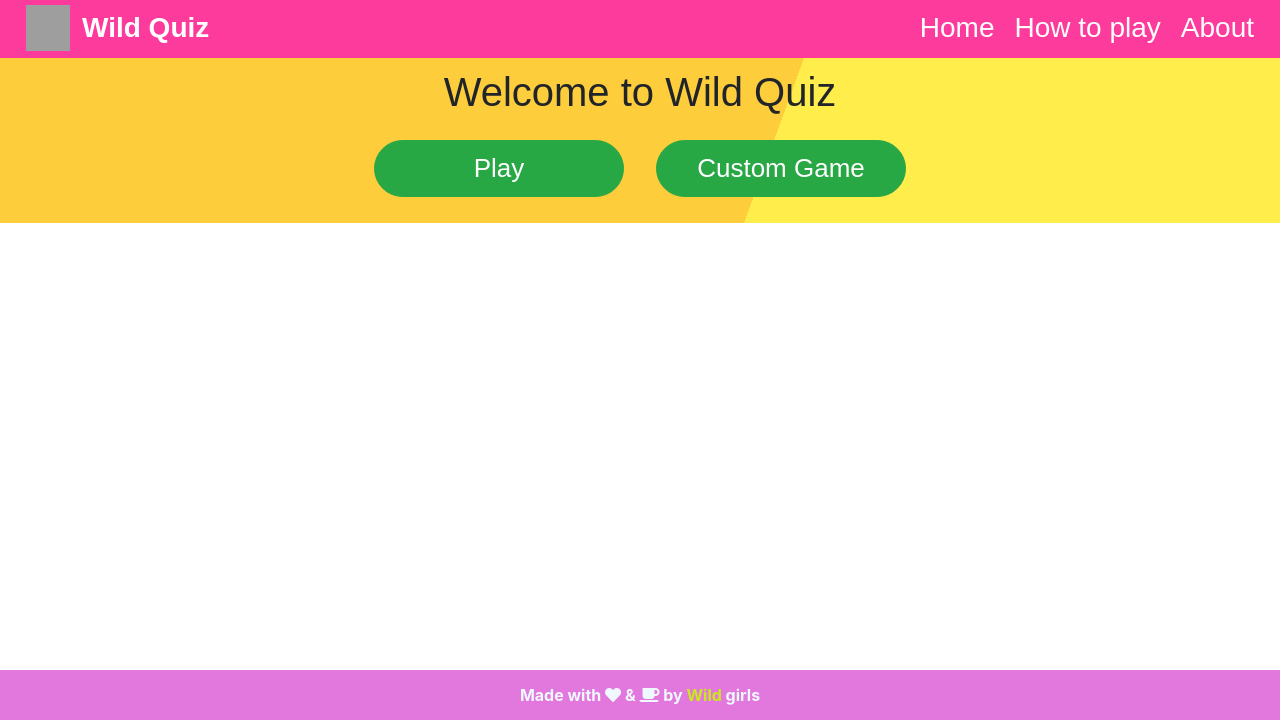
Repository: jenna1k/wildQuizApp
Page: /
An editor plug-in stored every save of this project. The page is shown before and after the next save, followed by the edit.
The browser window is 1280 px wide. The pictures show the whole page.
Pictures or frames that could not be fetched are drawn as grey boxes. The page's requests for data from a server got no answer. Some web fonts or font styles are not loaded; a fallback is used. Some web libraries are served in a nearby version. The project was rebuilt for these pictures with package versions that can differ from the ones it lists, and the page was loaded fresh each time. No one was signed in, and anything a server would have sent is missing. Also part of the build but not shown: src/App.css, src/components/game/GameBox.css, src/components/game/Question.js, src/components/game/Answers.js, src/components/game/ProgressBar.js, src/components/game/GameBox.js, src/components/game/SelectCategory.css, src/components/game/SelectCategory.js and 10 more.

Above is the page before, as saved 2019-05-14 15:32:00.

### public/index.html
<!DOCTYPE html>
<html lang="en">
  <head>
    <meta charset="utf-8" />
    <link rel="shortcut icon" href="%PUBLIC_URL%/favicon.ico" />
    <meta
      name="viewport"
      content="width=device-width, initial-scale=1, shrink-to-fit=no"
    />
    <meta name="theme-color" content="#000000" />
    <!--
      manifest.json provides metadata used when your web app is installed on a
      user's mobile device or desktop. See https://developers.google.com/web/fundamentals/web-app-manifest/
    -->
    <link rel="manifest" href="%PUBLIC_URL%/manifest.json" />
    <!--
      Notice the use of %PUBLIC_URL% in the tags above.
      It will be replaced with the URL of the `public` folder during the build.
      Only files inside the `public` folder can be referenced from the HTML.

      Unlike "/favicon.ico" or "favicon.ico", "%PUBLIC_URL%/favicon.ico" will
      work correctly both with client-side routing and a non-root public URL.
      Learn how to configure a non-root public URL by running `npm run build`.
    --><link rel="stylesheet" href="https://use.fontawesome.com/releases/v5.8.2/css/all.css" integrity="sha384-oS3vJWv+0UjzBfQzYUhtDYW+Pj2yciDJxpsK1OYPAYjqT085Qq/1cq5FLXAZQ7Ay" crossorigin="anonymous">
    <title>Wild Quiz App</title>
  </head>
  <body>
    <noscript>You need to enable JavaScript to run this app.</noscript>
    <div id="root"></div>
    <!--
      This HTML file is a template.
      If you open it directly in the browser, you will see an empty page.

      You can add webfonts, meta tags, or analytics to this file.
      The build step will place the bundled scripts into the <body> tag.

      To begin the development, run `npm start` or `yarn start`.
      To create a production bundle, use `npm run build` or `yarn build`.
    -->
  </body>
</html>

### src/index.css
@font-face {
  font-family: 'Quicksand';
  font-style: normal;
  font-weight: 400;
  src: local('Quicksand Regular'), local('Quicksand-Regular'), url(https://fonts.gstatic.com/s/quicksand/v9/6xKtdSZaM9iE8KbpRA_hK1QNYuDyPw.woff2) format('woff2');
  unicode-range: U+0000-00FF, U+0131, U+0152-0153, U+02BB-02BC, U+02C6, U+02DA, U+02DC, U+2000-206F, U+2074, U+20AC, U+2122, U+2191, U+2193, U+2212, U+2215, U+FEFF, U+FFFD;
}

@font-face {
  font-family: 'Jura';
  font-style: normal;
  font-weight: 400;
  src: local('Jura Regular'), local('Jura-Regular'), url(https://fonts.gstatic.com/s/jura/v10/z7NbdRfiaC4VXcRJUQZA3Jw.woff2) format('woff2');
  unicode-range: U+0000-00FF, U+0131, U+0152-0153, U+02BB-02BC, U+02C6, U+02DA, U+02DC, U+2000-206F, U+2074, U+20AC, U+2122, U+2191, U+2193, U+2212, U+2215, U+FEFF, U+FFFD;
}

body {
  margin: 0;
  padding: 0;
  -webkit-font-smoothing: antialiased;
  -moz-osx-font-smoothing: grayscale;
}

html, body {
  height: 100%;
  margin: 0;
}

#root {
  height: 100%;
}

.content {
  min-height: calc(100vh - 50px);
}

### src/App.js
import React, { Component } from 'react';
import { BrowserRouter as Router, Route } from 'react-router-dom';
import './App.css';

import Header from './components/global/Header'
import Home from './pages/Home';
import About from './pages/About';
import Rules from './pages/Rules';
import Footer from './components/global/Footer';


class App extends Component {
  render() {
    return (
      <Router>
        <div className="content">
          <Header />
          <Route exact path={'/'} component={Home} />

          <Route path={'/home'} component={Home} />
          <Route path={'/about'} component={About} />
          <Route path={'/how_to_play'} component={Rules} />
        </div>
        <Footer />
      </Router>
    );
  }
}

export default App;

### src/components/global/Header.js
import React from 'react';
import { Collapse, Navbar, NavbarToggler, NavbarBrand, Nav, NavItem } from 'reactstrap';
import { NavLink as RouterLink } from 'react-router-dom';
import './Header.css';

export default class Header extends React.Component {
  constructor(props) {
    super(props);

    this.state = {
      isOpen: false
    };

    this.toggle = this.toggle.bind(this);
    this.closeNavbar = this.closeNavbar.bind(this);
  }

  toggle() {
    this.setState({
      isOpen: !this.state.isOpen
    });
  }

  closeNavbar() {
    if (this.state.isOpen === true) {
      this.toggle();
    }
  }

  render() {
    return (
      <div id="header">
        <Navbar expand="md" className="navbar-dark">
          <NavbarBrand href="/">
            <img src="https://content.screencast.com/users/aliashkevich/folders/Default/media/3384b2f1-221e-43aa-87e5-9947a9a7d73f/logo_white.png"
              alt="logo"
              className="logo" />
            <span>Wild Quiz</span>
          </NavbarBrand>
          <NavbarToggler className="custom-toggler" onClick={this.toggle} />
          <Collapse isOpen={this.state.isOpen} navbar>
            <Nav className="ml-auto" navbar>
              <NavItem>
                <RouterLink exact to="/home" onClick={this.closeNavbar}>Home</RouterLink>
              </NavItem>
              <NavItem>
                <RouterLink to="/how_to_play" onClick={this.closeNavbar}>How to play</RouterLink>
              </NavItem>
              <NavItem>
                <RouterLink to="/about" onClick={this.closeNavbar}>About</RouterLink>
              </NavItem>
            </Nav>
          </Collapse>
        </Navbar>
      </div>
    );
  }
}

### src/pages/Home.js
import React from 'react';
import { Container, Spinner } from 'reactstrap';
import GameBox from '../components/game/GameBox';
import GameSettings from '../components/game/GameSettings';
import './Home.css';

export default class Home extends React.Component {
  constructor(props) {
    super(props);

    this.state = {
      mode: 'customization', // 'customization', 'quiz', 'result'
      quizList: [],
      currentQuiz: 0,
      score: 0,
      answered: false,
      progress: {},
      url: 'https://opentdb.com/api.php?amount=10&type=multiple',
      loading: true,
      comment: 'Solve the question !'
    };

    this.clickButton = this.clickButton.bind(this);
    this.nextButton = this.nextButton.bind(this);
    this.getData = this.getData.bind(this);
    this.getURL = this.getURL.bind(this);
  }

  clickButton(e, key) {
    const ans = document.querySelectorAll('#ans')
    var progress = Object.assign([], this.state.progress);
    if (key === 0 && !this.state.answered) {
      e.target.style.backgroundColor = 'green';
      progress.push(true);
      this.setState(state => ({ score: state.score + 10, answered: true, progress: progress, comment: 'good job!' }))
    } else if (!this.state.answered) {
      e.target.style.backgroundColor = 'red';
      progress.push(false);
      this.setState(state => ({ answered: true, progress: progress, comment: 'oopsy!' }))
      // show right answer
      setTimeout(() => {
        for (let i = 0; i < ans.length; i++) {
          if (ans[i].dataset.answer === 'correct') {
            return ans[i].style.backgroundColor = "green";
          }
        }
      }, 300)
    }
  };

  nextButton() {
    const ans = document.querySelectorAll('#ans')
    for (let i = 0; i < ans.length; i++) {
      ans[i].style.backgroundColor = "";
    }
    setTimeout(() => {
      if (this.state.currentQuiz !== this.state.quizList.length - 1) {
        this.setState(state => ({ answered: false, currentQuiz: this.state.currentQuiz + 1, comment: "Solve the question !" }))
      } else {
        this.setState(state => ({ answered: false, mode: 'result' }))
      }
    }, 300)
  }

  getData() {
    fetch(this.state.url)
      .then(res => res.json())
      .then(data => {
        this.setState({
          quizList: data.results,
          loading: false
        })
      })
  }

  getURL(url) {
    this.setState({
      url: url,
      mode: 'quiz'
    }, this.getData);
  }

  render() {
    var gamePhase;
    switch (this.state.mode) {
      case 'customization':
        gamePhase = <GameSettings getURL={this.getURL} />;
        break;
      case 'quiz':
        if (this.state.quizList.length > 0) {
          gamePhase = <GameBox
            quiz={this.state.quizList[this.state.currentQuiz]}
            score={this.state.score}
            clickButton={this.clickButton}
            nextButton={this.nextButton}
            answered={this.state.answered}
            progress={this.state.progress}
            amount={this.state.quizList.length}
            comment={this.state.comment}
            currentQuiz={this.state.currentQuiz} />;
        } else {
          gamePhase = null;
        }
        break;
      case 'result':
        gamePhase = <h1 className="text-center">Your score: {this.state.score} points</h1>
        break;
      default:
        gamePhase = <GameSettings />;
        break;
    }

    if (this.state.loading && this.state.mode === 'quiz') {
      return (
        <div className="text-center">
          <Spinner type="grow" />
          <Spinner type="grow" />
          <Spinner type="grow" />
        </div>
      )
    }

    return (
      <Container id="home">
        {gamePhase}
      </Container>
    )
  }
}

### src/components/global/Footer.js
import React from "react";
import "./Footer.css";

const Footer = () => (
  <footer className="footer">
    <span>Made with <i class="fas fa-heart"></i> & <i class="fas fa-coffee"></i> by <a href="https://odyssey.wildcodeschool.com/?locale=en" target="_blank" class="link color-inherit hover-white">Wild</a> girls</span>
  </footer>
);

export default Footer;

### src/components/global/Header.css
.logo {
  width: 56px;
  height: 46px;
}

.navbar-brand span {
  vertical-align: middle;
  font-size: 28px;
  font-weight: bold;
}

.navbar-brand img {
  padding-right: 12px;
}

nav {
  top: 0;
  position: fixed;
  z-index: 100;
}

nav.navbar {
  padding-top: 0px;
  padding-bottom: 2px;
  background-color: #fd3b9c;
  font-size: 28px;
  font-family: 'Quicksand', 'Jura', sans-serif;
  font-size: 28px;
}

.navbar a {
  padding-right: 10px;
  padding-left: 10px;
  color: #ffffff;
}

.navbar a.active {
  color: #fdfd3b;
  font-weight: bold;
  font-family: 'Quicksand', 'Jura', sans-serif;
  text-shadow: 1px 1px #e462a3;
}

.navbar a:hover {
  color: #fdfd3b;
  text-decoration: none;
}

/* remove the blue outline when active or focused */
.navbar-toggler:active, .navbar-toggler:focus {
  outline: 0;
}

.custom-toggler.navbar-toggler {
  border-color: transparent !important;
}

.custom-toggler .navbar-toggler-icon {
background-image: url("data:[embedded picture, 240 characters]") !important;
}

.ml-auto.navbar-nav{
  text-align: right;
}

### src/components/game/GameSettings.js
import React from 'react';
import { Container, Button } from 'reactstrap';
import SelectCategory from './SelectCategory';
import NumberOfQuestions from './NumberOfQuestions';
import SelectDifficulty from './SelectDifficulty';
import './GameSettings.css';


export default class GameSettings extends React.Component {
  static defaultProps = {
    url: 'https://opentdb.com/'
  }

  constructor(props) {
    super(props);

    this.generateAPIRequestURL = this.generateAPIRequestURL.bind(this);
    this.getSessionToken = this.getSessionToken.bind(this);
    this.setCategoryHandler = this.setCategoryHandler.bind(this);
    this.setAmountHandler = this.setAmountHandler.bind(this);
    this.setDifficultyHandler = this.setDifficultyHandler.bind(this);
    this.customizeGame = this.customizeGame.bind(this);
    this.checkAmountOfAvailableQuestions = this.checkAmountOfAvailableQuestions.bind(this);

    this.state = {
      gameSetting: 'default', // 'default', 'selectCategory', 'selectDifficulty', 'selectAmount'
      type: 'multiple',
      category: 'any',
      difficulty: 'any',
      amount: 10,
      token: '', // by appending a Session Token to a API Call, the API will never give you the same question twice.
      availableQuestionsList: [], // after category is selected ask API for available count of questions in DB for specific category
      availableQuestions: 50
    };
  }

  componentDidMount() {
    this.getSessionToken();
  }

  getSessionToken() {
    fetch(this.props.url + 'api_token.php?command=request')
      .then(res => res.json())
      .then(data => { this.setState({ token: data.token }) })
      .catch(error => console.log(error));
  }

  setCategoryHandler(category) {
    this.setState({
      category: category,
      gameSetting: 'selectDifficulty'
    }, this.checkAmountOfAvailableQuestions)
  }

  setAmountHandler(amount) {
    this.setState({
      amount: amount
    })
  }

  setDifficultyHandler(difficulty) {
    this.setState({
      difficulty: difficulty,
      gameSetting: 'selectAmount'
    })

    if (this.state.category !== "any") {
      const param = `total_${difficulty}_question_count`;
      const availableQuestionsCount = this.state.availableQuestionsList[param];
      this.setState({
        availableQuestions: availableQuestionsCount
      })
    }
  }

  generateAPIRequestURL() {
    const url = this.props.url
      + "api.php?token=" + this.state.token
      + (this.state.category === 'any' ? "" : "&category=" + this.state.category)
      + (this.state.difficulty === 'any' ? "" : "&difficulty=" + this.state.difficulty)
      + "&amount=" + (this.state.amount !== "" ? this.state.amount : "10");
    //+ "&type=" + this.state.type; // to do: probably it's better to skip type, because num of questions are limited and there is no choise to check how many questions are available for multuple type game

    if (this.props.getURL != null) {
      this.props.getURL(url);
    }
  }

  customizeGame() {
    this.setState({
      gameSetting: 'selectCategory'
    })
  }

  checkAmountOfAvailableQuestions() {
    if (this.state.category !== "any") {
      fetch(this.props.url + "api_count.php?category=" + this.state.category)
        .then(res => res.json())
        .then(data => { this.setState({ availableQuestionsList: data.category_question_count }) })
        .catch(error => console.log(error));
    }
  }

  render() {
    var gameSettings;
    switch (this.state.gameSetting) {
      case 'default':
        gameSettings = <Container className="text-center">
          <h1>Welcome to Wild Quiz</h1>
          <Button className="game" color="success" size="lg" onClick={this.generateAPIRequestURL}>Play</Button>
          <Button className="game" color="success" size="lg" onClick={this.customizeGame}>Custom Game</Button>
        </Container>
        break;

      case 'selectCategory':
        gameSettings = <SelectCategory setCategoryHandler={this.setCategoryHandler} />
        break;

      case 'selectDifficulty':
        gameSettings = <SelectDifficulty setDifficultyHandler={this.setDifficultyHandler} />
        break;

      case 'selectAmount':
        gameSettings = <div className="text-center">
          <NumberOfQuestions setAmountHandler={this.setAmountHandler} maxCount={this.state.availableQuestions} />
          <Button className="game" size="lg" color="success" onClick={this.generateAPIRequestURL}>Play</Button>
        </div>
        break;

      default:
        gameSettings = <div>Default</div>
        break;
    }

    return (
      <div className="game-settings">
        {gameSettings}
      </div>
    )
  }
}

### src/pages/Home.css
div#home {
  max-width: 100%;
  height: 100%;
  padding: 0;
  background: -webkit-linear-gradient(110deg, #fdcd3b 60%, #ffed4b 60%);
  background: -o-linear-gradient(110deg, #fdcd3b 60%, #ffed4b 60%);
  background: -moz-linear-gradient(110deg, #fdcd3b 60%, #ffed4b 60%);
  background: linear-gradient(110deg, #fdcd3b 60%, #ffed4b 60%);
  font-family: 'Quicksand', 'Jura', sans-serif;
}

### src/components/global/Footer.css
footer {
  width: 100%;
  padding: 0;
  margin: 0;
  text-align: center;
  transition: 200ms;
  color: aliceblue;
  font-weight: bold;
  display: flex !important;
  justify-content: center;
  align-items: center;
  height: 50px;
}

footer:hover {
  box-shadow: 0 0 2rem gray;
}

footer {
  background: rgb(226, 119, 221);
}

footer a, footer a:hover {
  color: #cae91b;
  ;
  text-decoration: none;
  background-color: transparent;
}

footer:hover {
  box-shadow: 0 0 2rem gray;
}

footer {
  background: rgb(226, 119, 221);
}

footer a, footer a:hover {
  color: #cae91b;
  ;
  text-decoration: none;
  background-color: transparent;
}

### src/components/game/GameSettings.css
div.game-settings {
  padding: 10px;
}

button.btn.game {
  margin: 1rem;
  font-size: 26px;
  width: 250px;
  border-radius: 30px;
}

Loaded but not shown: src/index.js (common file); src/serviceWorker.js (common file)

After the next save:
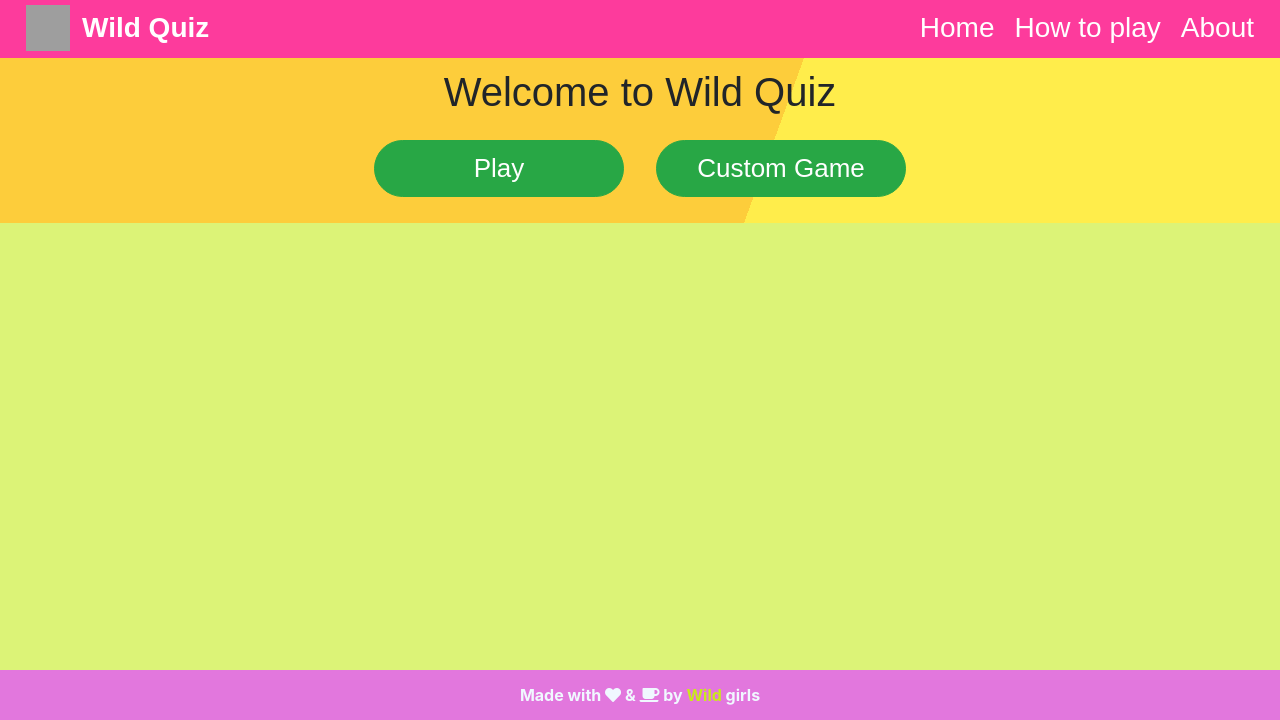
Saved 3 min 30 s later.
--- a/src/index.css
+++ b/src/index.css
@@ -32,4 +32,5 @@
 
 .content {
   min-height: calc(100vh - 50px);
+  background: rgb(220, 243, 119);
 }
